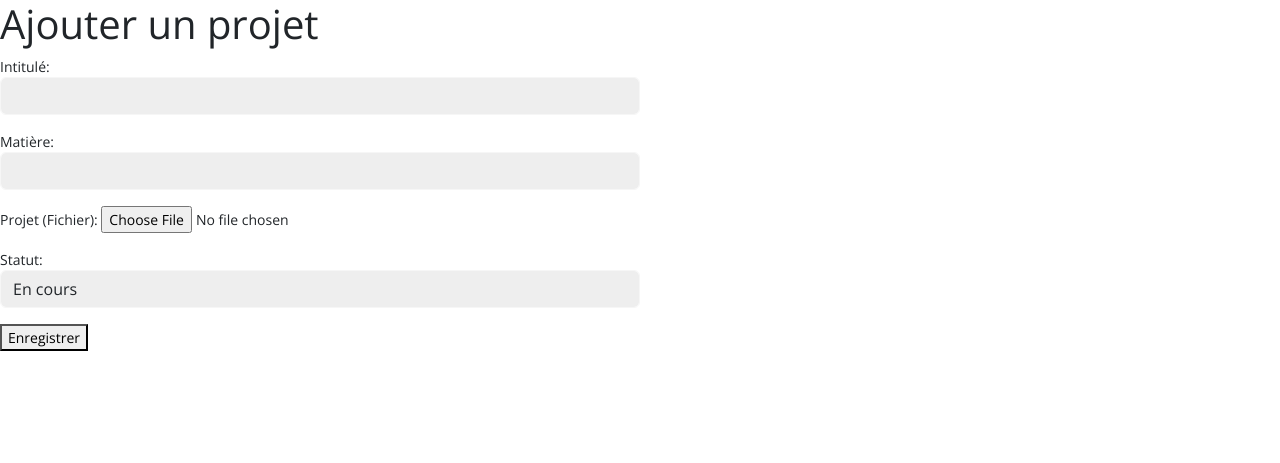
Repository: dimitri0004/Moodle
Page: http://localhost/enseignant/projet/ajouter
These files come from the project's save history. The page is drawn as it stood at one moment and after the next save; the edit follows.
The browser window is 1280 px wide. The pictures show the whole page.
The page is served by the project's application, run on Django 4.2 (manage.py).

Above is the page before, as saved 2023-08-16 14:25:32.
Console error: TypeError: Cannot set properties of null (setting 'innerHTML')

After the next save:
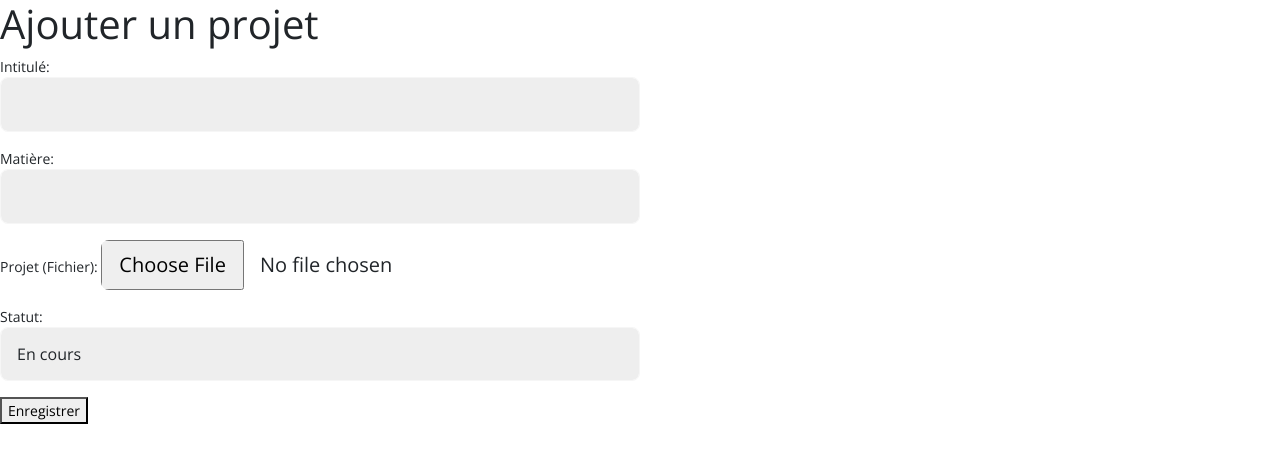
Saved 4 min 40 s later.
--- a/AppEcole/forms.py
+++ b/AppEcole/forms.py
@@ -3,16 +3,16 @@ from .models import Devoir
 
 class ProjetForm(forms.ModelForm):
     intitule = forms.CharField(label='Intitulé', widget=forms.TextInput(attrs={
-        'class': 'form-control'
+        'class': 'form-control form-control-lg'
     }))
     matiere = forms.CharField(label='Matière', widget=forms.TextInput(attrs={
-        'class': 'form-control'
+        'class': 'form-control form-control-lg'
     }))
     projet = forms.FileField(label='Projet (Fichier)', widget=forms.ClearableFileInput(attrs={
-        'class': 'form-control-file'
+        'class': 'form-control-file  form-control-lg'
     }))
     statut = forms.ChoiceField(label='Statut', choices=Devoir.STATUT_CHOICES, widget=forms.Select(attrs={
-        'class': 'form-control'
+        'class': 'form-control form-control-lg'
     }))
 
     class Meta:
